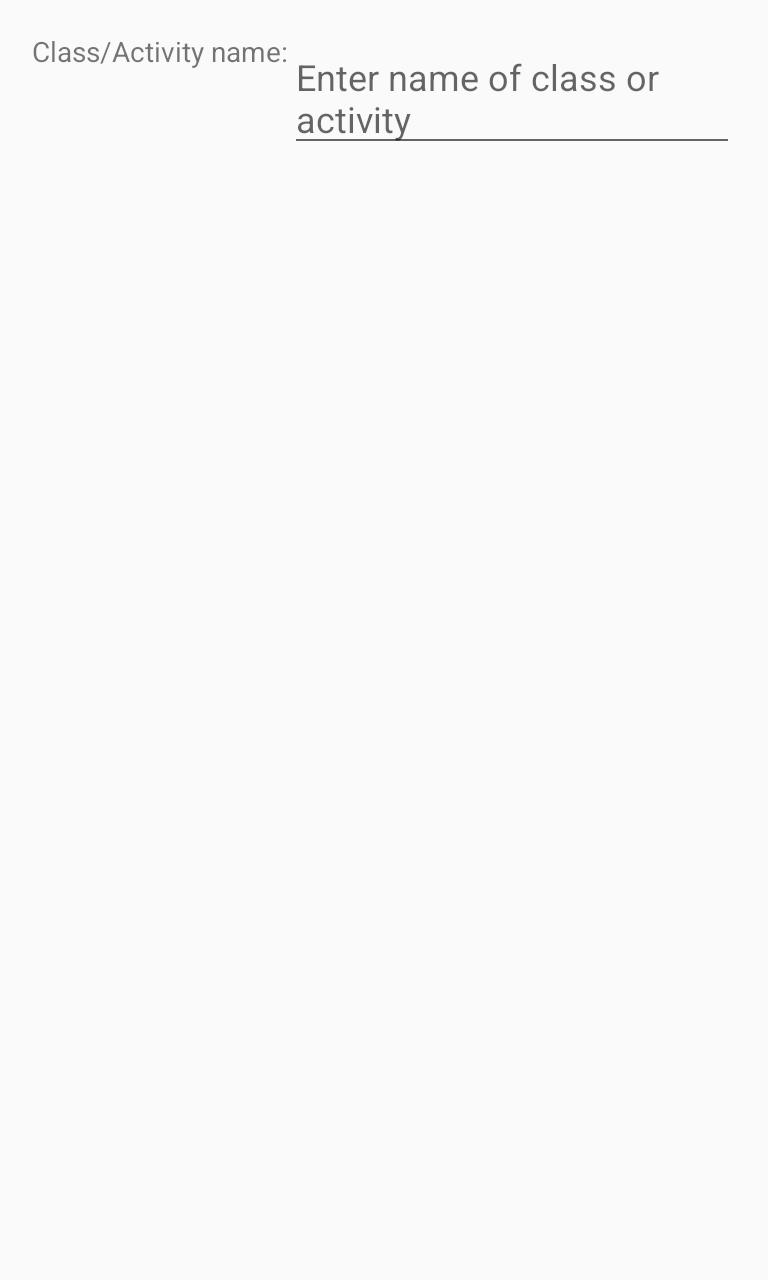
Repository: recursor94/hackathonspring2014
Layout: StudentPlanner/res/layout/fragment_new_endeavor.xml
An editor plug-in stored every save of this project. The layout is shown before and after the next save, followed by the edit.
It is drawn on a 768 x 1280 px phone screen (xhdpi) without system bars, with theme AppTheme; the app's code is not run.

Above is the layout before, as saved 2014-04-05 07:47:23.

### StudentPlanner/res/layout/fragment_new_endeavor.xml
<RelativeLayout xmlns:android="http://schemas.android.com/apk/res/android"
    xmlns:tools="http://schemas.android.com/tools"
    android:layout_width="match_parent"
    android:layout_height="match_parent"
    android:paddingBottom="@dimen/activity_vertical_margin"
    android:paddingLeft="@dimen/activity_horizontal_margin"
    android:paddingRight="@dimen/activity_horizontal_margin"
    android:paddingTop="@dimen/activity_vertical_margin"
    tools:context="com.example.studentplanner.NewEndeavorActivity$PlaceholderFragment"
    android:orientation="vertical"
    >

    <TextView
        android:id="@+id/nameField"
        android:layout_width="wrap_content"
        android:layout_height="wrap_content"
        android:text="@string/nameField"
        android:layout_alignParentLeft="true"
        android:layout_alignParentTop="true" />
    <EditText
        android:id="@+id/nameEntry"
        android:hint="@string/nameEntry"
        android:layout_width="wrap_content"
        android:layout_height="wrap_content"
        android:layout_toRightOf="@id/nameField"
        android:layout_alignParentTop="true"
        />

</RelativeLayout>

### StudentPlanner/res/values/strings.xml
<?xml version="1.0" encoding="utf-8"?>
<resources>

    <string name="app_name">Get It Done</string>
    <string name="action_settings">Settings</string>
    <string name="action_new">New Activity</string>
    <string name="action_search">Search</string>
    <string name="title_activity_new_endeavor">NewEndeavorActivity</string>
    <string name="nameField">Class/Activity name:</string>
    <string name="nameEntry">Enter name of class or activity</string>
</resources>

Loaded but not shown: StudentPlanner/res/values/styles.xml (common file); StudentPlanner/res/values-v11/styles.xml (common file); StudentPlanner/res/values-v14/styles.xml (common file); StudentPlanner/res/values/dimens.xml (common file); StudentPlanner/res/values-w820dp/dimens.xml (common file)

After the next save:
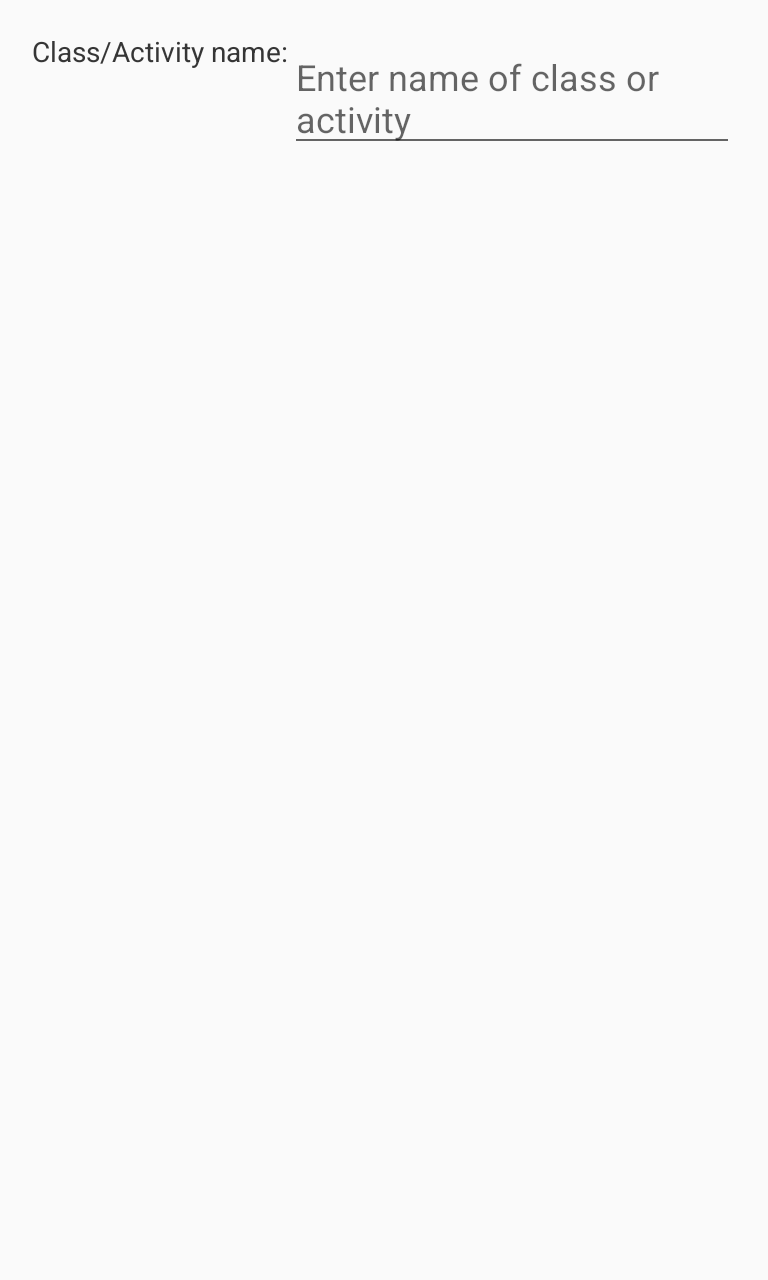
Saved 7 min 39 s later.
--- a/StudentPlanner/res/layout/fragment_new_endeavor.xml
+++ b/StudentPlanner/res/layout/fragment_new_endeavor.xml
@@ -25,5 +25,12 @@
         android:layout_toRightOf="@id/nameField"
         android:layout_alignParentTop="true"
         />
+      <TextView
+        android:id="@+id/nameField"
+        android:layout_width="wrap_content"
+        android:layout_height="wrap_content"
+        android:text="@string/nameField"
+        android:layout_alignParentLeft="true"
+        android:layout_alignParentTop="true" />
 
 </RelativeLayout>
